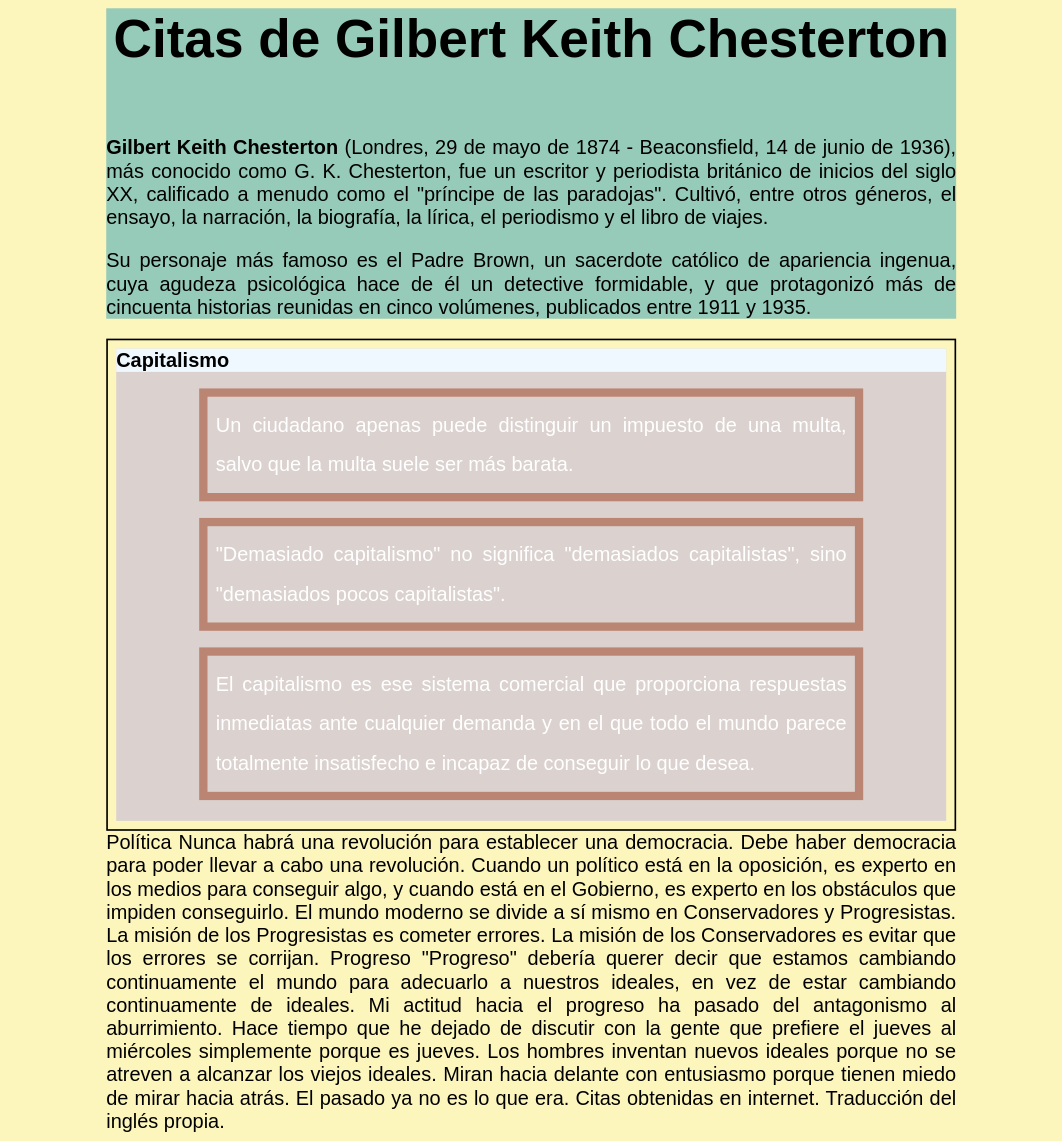
Repository: EmilyMachuca-Developer/Advanced-Programming-Projects
Page: index.html
An editor plug-in stored every save of this project. The page is shown before and after the next save, followed by the edit.
The browser window is 1280 px wide. The pictures show the whole page, at 83% of full size.

Above is the page before, as saved 2024-02-26 20:36:53.

### index.html
<html lang="es">
<head>
<meta charset="utf-8">
<link rel="stylesheet" href="Taller 2/css/style.css">
<title>Emily Machuca</title>
</head>

<body>
    <div style="background-color: rgb(150, 202, 185);">
        <h1>Citas de Gilbert Keith Chesterton</h1> <br><br>
        <p><strong>Gilbert Keith Chesterton</strong> (Londres, 29 de mayo de 1874 - Beaconsfield, 14 de junio de 1936), más conocido como G. K. Chesterton, fue un escritor y periodista británico de inicios del siglo XX, calificado a menudo como el "príncipe de las paradojas". Cultivó, entre otros géneros, el ensayo, la narración, la biografía, la lírica, el periodismo y el libro de viajes.</p>
        <p>Su personaje más famoso es el Padre Brown, un sacerdote católico de apariencia ingenua, cuya agudeza psicológica hace de él un detective formidable, y que protagonizó más de cincuenta historias reunidas en cinco volúmenes, publicados entre 1911 y 1935.</p>
    </div>
    <main><section><div style="background-color: aliceblue;"><h7><strong>Capitalismo</strong></h7></div>
        <div><p>Un ciudadano apenas puede distinguir un impuesto de una multa, salvo que la multa suele ser más barata.</p>
            <div><p>"Demasiado capitalismo" no significa "demasiados capitalistas", sino "demasiados pocos capitalistas".</p></div>
            <div><p>El capitalismo es ese sistema comercial que proporciona respuestas inmediatas ante cualquier demanda y en el que todo el mundo parece totalmente insatisfecho e incapaz de conseguir lo que desea.</p></div>
        </div></section></main>





Política

Nunca habrá una revolución para establecer una democracia. Debe haber democracia para poder llevar a cabo una revolución.

Cuando un político está en la oposición, es experto en los medios para conseguir algo, y cuando está en el Gobierno, es experto en los obstáculos que impiden conseguirlo.

El mundo moderno se divide a sí mismo en Conservadores y Progresistas. La misión de los Progresistas es cometer errores. La misión de los Conservadores es evitar que los errores se corrijan.

Progreso

"Progreso" debería querer decir que estamos cambiando continuamente el mundo para adecuarlo a nuestros ideales, en vez de estar cambiando continuamente de ideales.

Mi actitud hacia el progreso ha pasado del antagonismo al aburrimiento. Hace tiempo que he dejado de discutir con la gente que prefiere el jueves al miércoles simplemente porque es jueves.

Los hombres inventan nuevos ideales porque no se atreven a alcanzar los viejos ideales. Miran hacia delante con entusiasmo porque tienen miedo de mirar hacia atrás.

El pasado ya no es lo que era.

Citas obtenidas en internet. Traducción del inglés propia.
</body>
</html>

### Taller 2/css/style.css
body {
    margin: 10px 10%;
    background-color: fcf6bd;
    font-family: sans-serif;
    font-size: 1.5rem;
    text-align: justify;
  }

  header {
    padding: 0 10px;
    background-color: hwb(0 94% 6% / 0.767);
  }

  h1 {
    margin: 0;
    font-size: 4rem;
    text-align: center;
  }

  main {
    display: block;
    border: rgb(0, 0, 0) 2px solid;
    padding: 10px;

  }

  section {
    padding-bottom: 5px;
    background-color: hwb(17 81% 14%)
  }

  section + section {
    margin-top: 40px;
  }

  h2 {
    margin: 0;
    padding-left: 10px;
    background-color: white;
  }

  section p {
    border: hwb(16 45% 27%)10px solid;
    margin: 20px 10%;
    padding: 10px;
    color: white;
    line-height: 200%;
  }

  footer {
    border-top: black 5px solid;
    margin: 20px 0;
    padding: 0 10px;
    background-color: hwb(15 50% 40%);
    font-size: 1.2rem;
  }

After the next save:
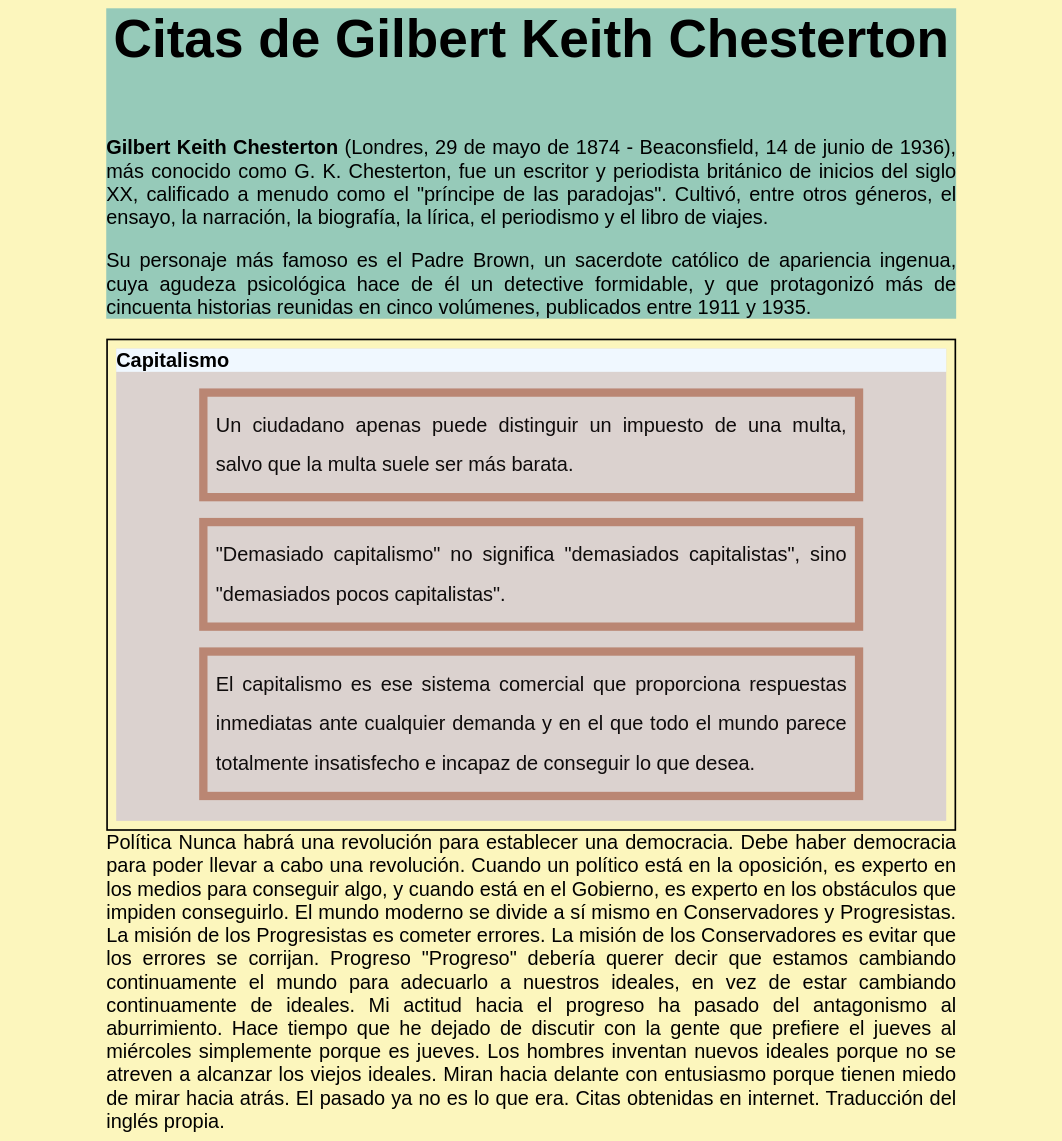
Saved 6 s later.
--- a/Taller 2/css/style.css
+++ b/Taller 2/css/style.css
@@ -43,7 +43,7 @@ body {
     border: hwb(16 45% 27%)10px solid;
     margin: 20px 10%;
     padding: 10px;
-    color: white;
+    color: rgb(15, 12, 12);
     line-height: 200%;
   }
 
